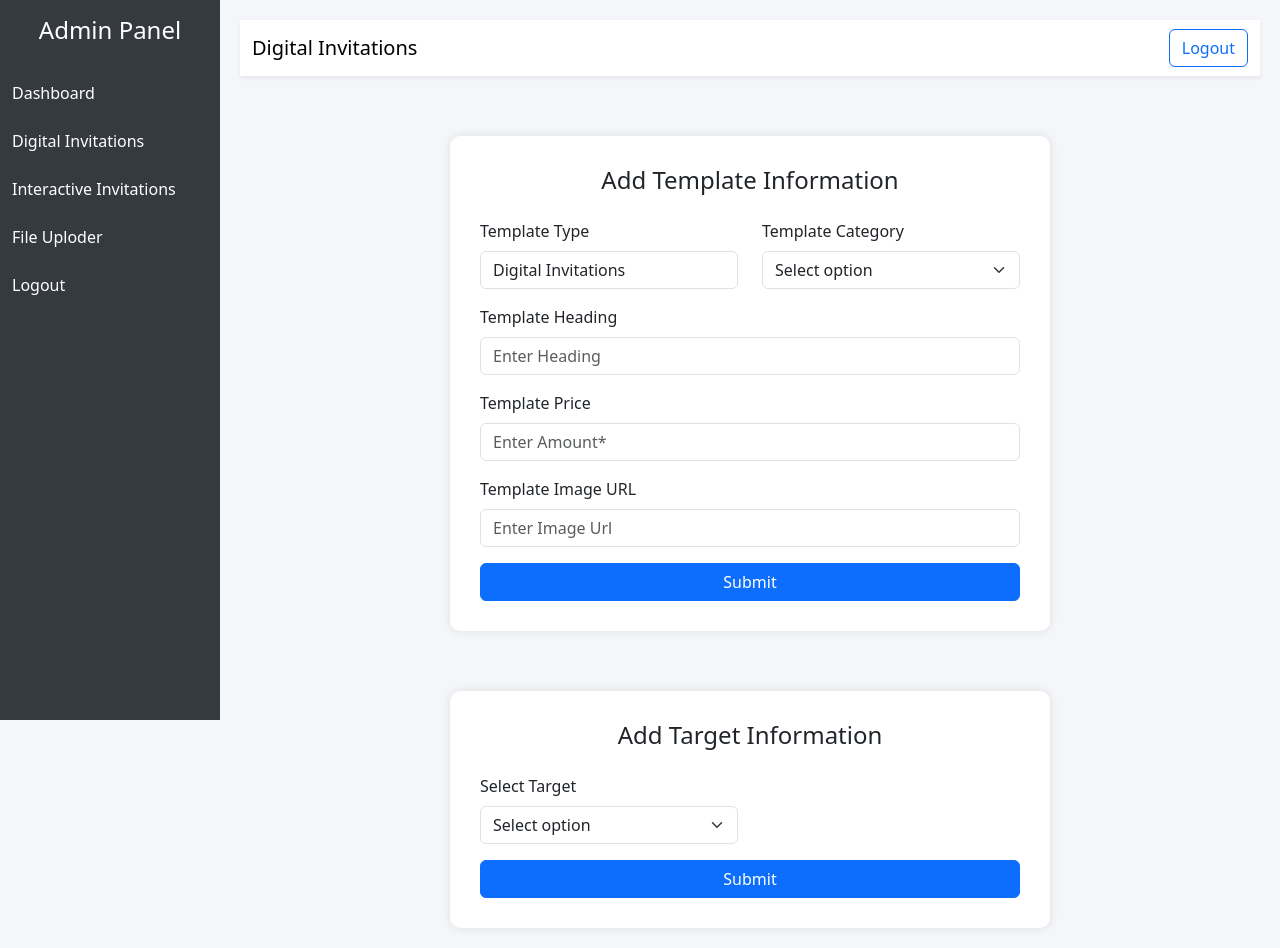
Repository: viraj7551/Flying-Invite-Project
Page: http://localhost/Admin03/digital_invitation.jsp
These files come from the project's save history. The page is drawn as it stood at one moment and after the next save; the edit follows.
The browser window is 1280 px wide. The pictures show the whole page.
Some web fonts or font styles are not loaded; a fallback is used. The page is served by Tomcat 9. Other server files are loaded and not shown.

Above is the page before, as saved 2026-04-13 07:02:41.

### Admin03/WebContent/digital_invitation.jsp
<%@ page language="java" contentType="text/html; charset=ISO-8859-1"
    pageEncoding="ISO-8859-1"%>
<!DOCTYPE html>
<html lang="en">
<head>
<meta charset="UTF-8">
<meta name="viewport" content="width=device-width, initial-scale=1.0">

<title>Admin Dashboard</title>
<link rel="preconnect" href="https://fonts.googleapis.com">

<link
	href="https://fonts.googleapis.com/css2?family=Grey+Qo&family=Poppins:ital,wght@0,100;0,200;0,300;0,400;0,500;0,600;0,700;0,800;0,900;1,100;1,200;1,300;1,400;1,500;1,600;1,700;1,800;1,900&display=swap"
	rel="stylesheet">

<!-- Bootstrap CSS -->
<link href="https://cdn.jsdelivr.net/npm/bootstrap@5.3.2/dist/css/bootstrap.min.css" rel="stylesheet">

<style>

body{
background:#f4f6f9;
}

/* Sidebar */
.sidebar{
height:100vh;
background:#343a40;
color:white;
position:fixed;
width:220px;
}

.sidebar a{
color:white;
text-decoration:none;
display:block;
padding:12px;
}

.sidebar a:hover{
background:#495057;
}

/* Content */
.content{
margin-left:220px;
padding:20px;
}

/* Cards */
.card-box{
border-radius:10px;
color:white;
padding:20px;
}

.bg-blue{background:#0d6efd;}
.bg-green{background:#198754;}
.bg-orange{background:#fd7e14;}
.bg-red{background:#dc3545;}

.form-container{
max-width:600px;
margin:auto;
margin-top:60px;
padding:30px;
background:white;
border-radius:10px;
box-shadow:0 0 10px rgba(0,0,0,0.1);
}



/* Mobile */
@media(max-width:768px){

.sidebar{
position:relative;
width:100%;
height:auto;
}

.content{
margin-left:0;
}

}
</style>


</head>

<body>

<div class="sidebar">

<h4 class="text-center py-3">Admin Panel</h4>

<a href="dashboard.jsp">Dashboard</a>
<a href="#">Digital Invitations</a>
<a href="#">Interactive Invitations</a>
<a href="file_uploader.jsp">File Uploder</a>
<a href="administrator.jsp">Logout</a>

</div>


<div class="content">

<!-- Navbar -->

<nav class="navbar navbar-light bg-white shadow-sm mb-4">
<div class="container-fluid">

<span class="navbar-brand">Digital Invitations</span>

<a href="administrator.jsp" class="btn btn-outline-primary">Logout</a>

</div>
</nav>



 <!-- ----------------- Form starts here -->

<div class="container">

<div class="form-container">

<h4 class="mb-4 text-center">Add Template Information</h4>

<form method="POST" action="/Admin03/Invitations">

<div class="row">

<div class="col-md-6 mb-3">
<label class="form-label">Template Type</label>
<input type="text" class="form-control" placeholder="Enter first name" name="template_type_selector"  value = "Digital Invitations" readonly>
</div>

<div class="col-md-6 mb-3">
<label class="form-label">Template Category</label>
<select class="form-select" name="template_category_selector">
<option selected>Select option</option>
<option value="Greeting">Greetings</option>
<option value="Invitation">Invitation</option>
</select>
</div>
</div>

<div class="mb-3">
<label class="form-label">Template Heading</label>
<input type="text" class="form-control" placeholder="Enter Heading" name="template_heading">
</div>


<div class="mb-3">
<label class="form-label">Template Price</label>
<input type="text" class="form-control" placeholder="Enter Amount*" name="total_amount">
</div>



<div class="mb-3">
<label class="form-label">Template Image URL</label>
<input type="text" class="form-control" placeholder="Enter Image Url" name="template_image">
</div>

<div class="d-grid">
<button type="submit" class="btn btn-primary">
Submit
</button>
</div>

</form>

</div>

</div>

 <!-- ------------------ Form ends here -->



 <!-- -------------------- Form 2 starts here -->

<div class="container">
<div class="form-container">
<h4 class="mb-4 text-center">Add Target Information</h4>
<form method="POST" action="/Admin03/SetTargetInformation">
<div class="row">
      <div class="col-md-6 mb-3">
      <label class="form-label">Select Target</label>
      <select id ="first_drop_down" class="form-select" onchange = "festivalFilter()" name="target_selector">
          <option selected>Select option</option>
          <option value="Wedding">Wedding</option>
          <option value="Baby Shower">Baby Shower</option>
          <option value="Birthday">Birthday</option>
          <option value="Anniversary">Anniversary</option>
          <option value="Festival">Festival</option>
       </select>
</div>
</div>

<div class="d-grid">
<button type="submit" class="btn btn-primary">
Submit
</button>
</div>

</form>
</div>
</div>


 <!-- ---------------------Form 2 ends here -->




  <!-- -------------------- Form 3 starts here -->

<div class="container" id="second_drop_down" style="display:none";>
<div class="form-container">
<h4 class="mb-4 text-center">Add Festival Information</h4>
<form method="POST" action="/Admin03/SetFestivalInformation">
<div class="row">
<div class="col-md-6 mb-3">
      <label class="form-label">Select Festival</label>
          <select class="form-select" name="festival_selector">
             <option selected>Select option</option>
             <option value="Makar Sankranti">Makar Sankranti</option>
             <option value="Holi">Holi</option>
             <option value="Eid-ul-Fitr">Eid-ul-Fitr</option>
             <option value="Gudi Padwa">Gudi Padwa</option>
             <option value="Ram Navami">Ram Navami</option>
             <option value="Easter">Easter</option>
             <option value="Independence Day">Independence Day</option>
             <option value="Raksha Bandhan">Raksha Bandhan</option>
             <option value="Janmashtami">Janmashtami</option>
             <option value="Ganesh Chaturthi">Ganesh Chaturthi</option>
             <option value="Dussehra">Dussehra</option>
             <option value="Diwali">Diwali</option>
          </select>
   </div>
</div>

<div class="d-grid">
<button type="submit" class="btn btn-primary">
Submit
</button>
</div>

</form>
</div>
</div>


 <!-- ---------------------Form 3 ends here -->










</div>

<script>

   function festivalFilter(){
	   let firstValue = document.getElementById("first_drop_down").value;
	   if(firstValue === "Festival"){
		   document.getElementById("second_drop_down").style.display="block";
	   }else{
		   document.getElementById("second_drop_down").style.display="none";
	   }
   }

</script>

<script src="https://cdn.jsdelivr.net/npm/bootstrap@5.3.2/dist/js/bootstrap.bundle.min.js"></script>
</body>
</html>

After the next save:
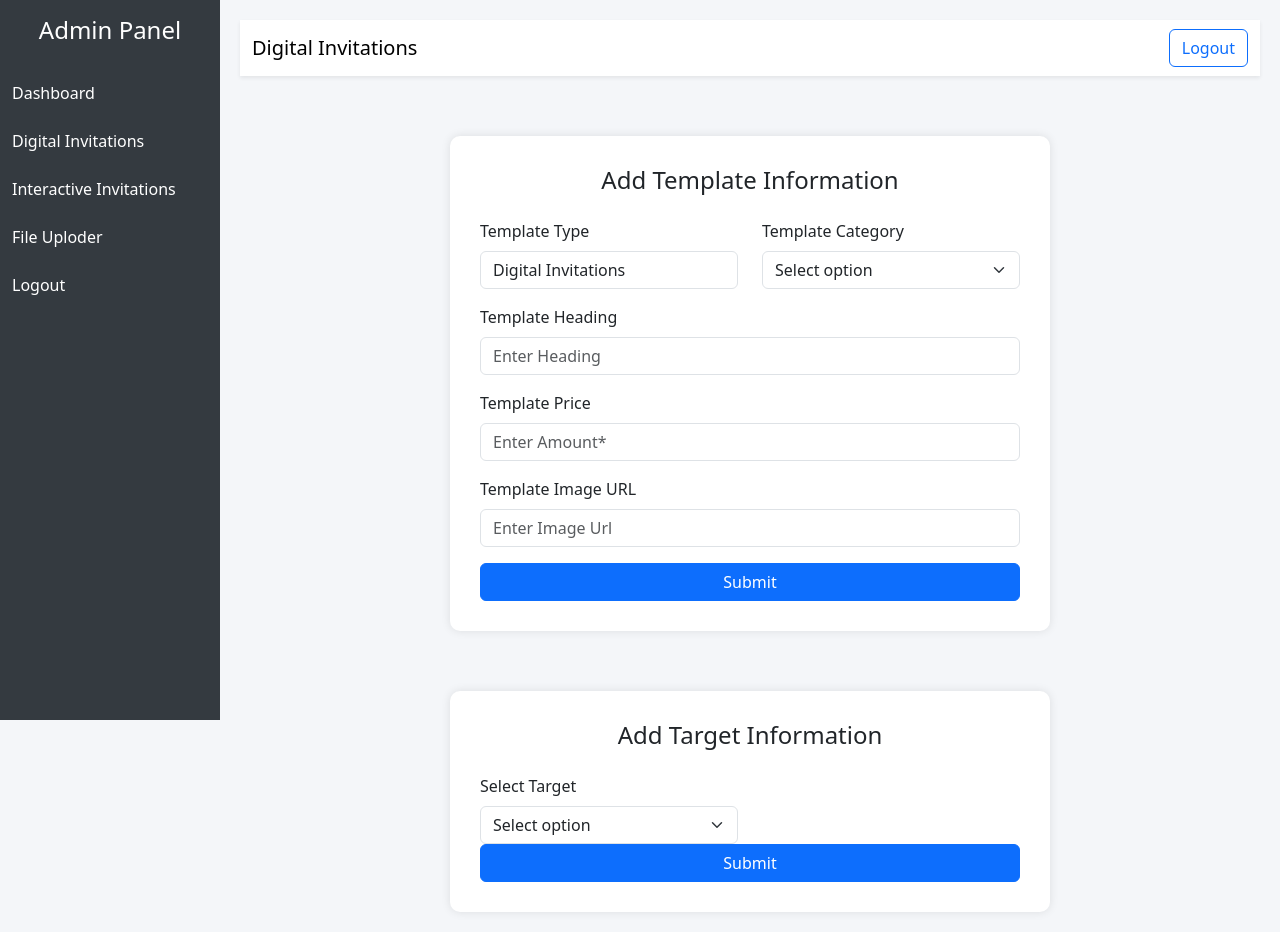
Saved 105 min 39 s later.
--- a/Admin03/WebContent/digital_invitation.jsp
+++ b/Admin03/WebContent/digital_invitation.jsp
@@ -190,7 +190,7 @@
 <h4 class="mb-4 text-center">Add Target Information</h4>
 <form method="POST" action="/Admin03/SetTargetInformation">
 <div class="row">
-      <div class="col-md-6 mb-3">
+      <div class="col-md-6">
       <label class="form-label">Select Target</label>
       <select id ="first_drop_down" class="form-select" onchange = "festivalFilter()" name="target_selector">
           <option selected>Select option</option>

After the save that followed:
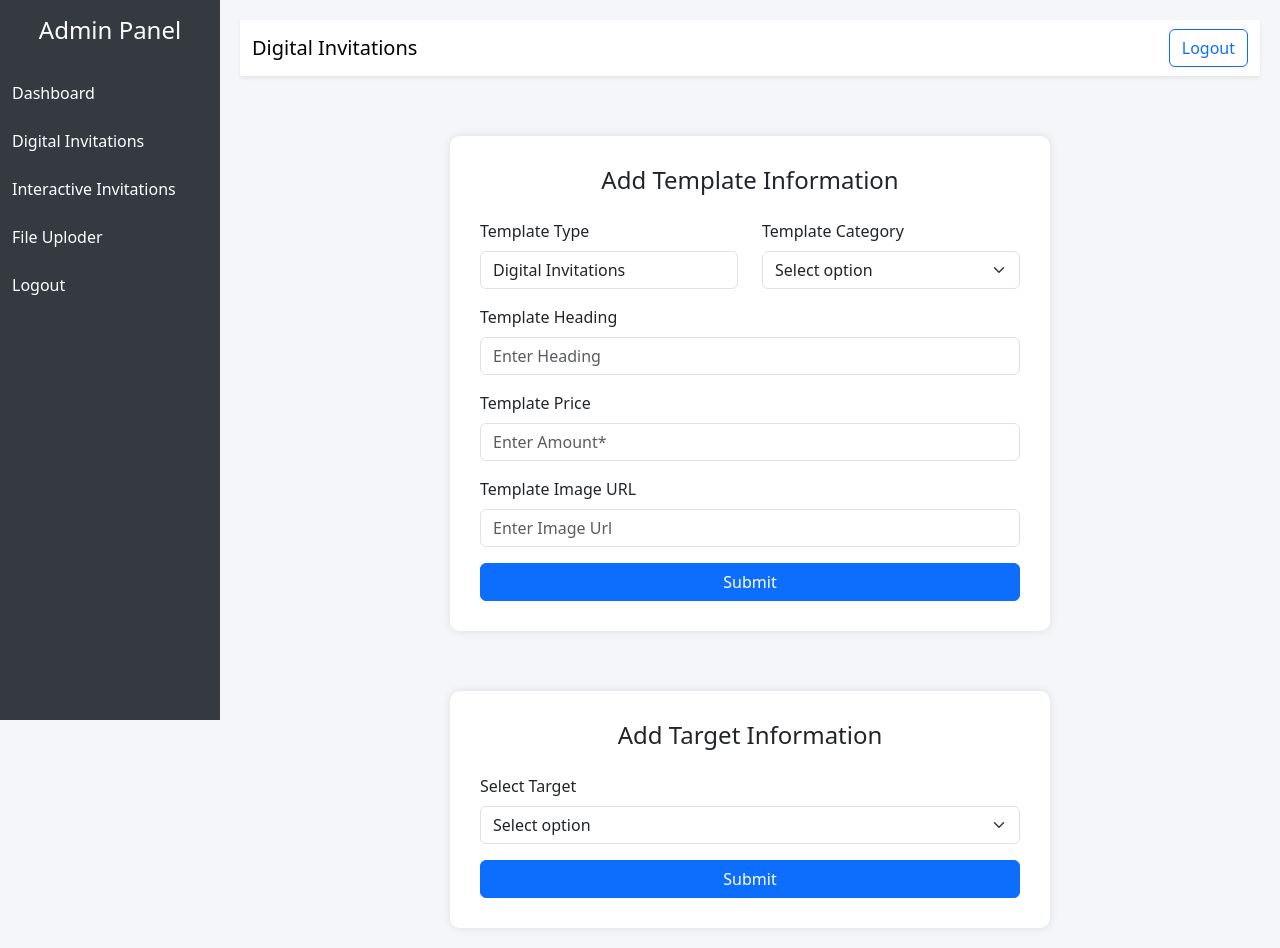
Saved 40 s later.
--- a/Admin03/WebContent/digital_invitation.jsp
+++ b/Admin03/WebContent/digital_invitation.jsp
@@ -190,7 +190,7 @@
 <h4 class="mb-4 text-center">Add Target Information</h4>
 <form method="POST" action="/Admin03/SetTargetInformation">
 <div class="row">
-      <div class="col-md-6">
+      <div class="mb-3">
       <label class="form-label">Select Target</label>
       <select id ="first_drop_down" class="form-select" onchange = "festivalFilter()" name="target_selector">
           <option selected>Select option</option>
